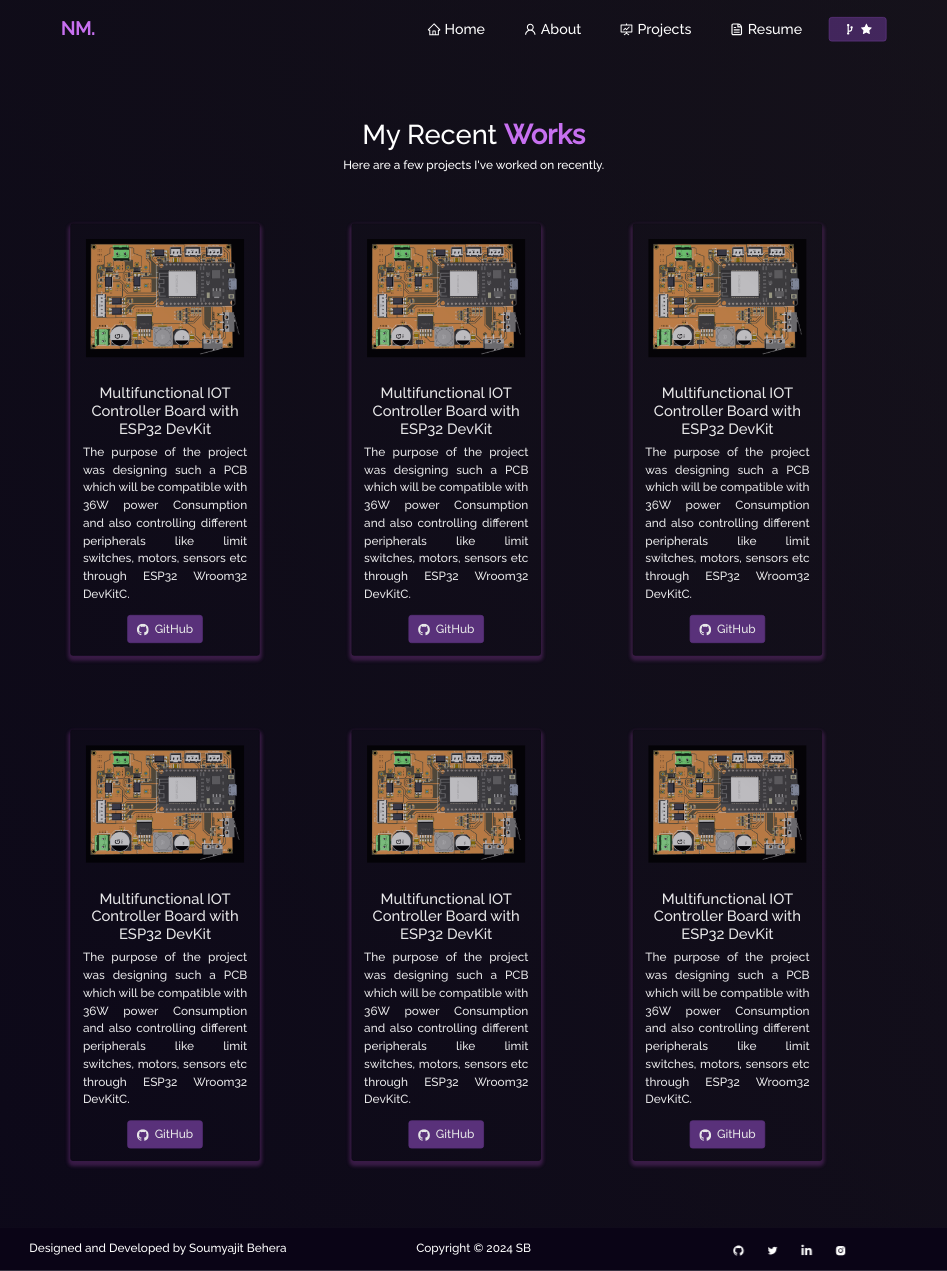
Repository: nenadMarkorvic/personal-website
Page: /project
An editor plug-in stored every save of this project. The page is shown before and after a run of saves, followed by the edit.
The browser window is 1280 px wide. The pictures show the whole page, at 74% of full size.
The project was rebuilt for these pictures with package versions that can differ from the ones it lists, and the page was loaded fresh each time. Also part of the build but not shown: src/components/Home/Home2.js, src/components/Home/Type.js, src/components/Home/Home.js, src/components/About/Github.js, src/components/About/AboutCard.js, src/components/About/Toolstack.js, src/components/About/About.js, src/components/Resume/ResumeNew.js. Imported but missing from the stored project, and not drawn on this page: src/Assets/Nenad Markovic_pcb.pdf.

Above is the page before, as saved 2024-08-29 10:52:40.

After the next 2 saves:
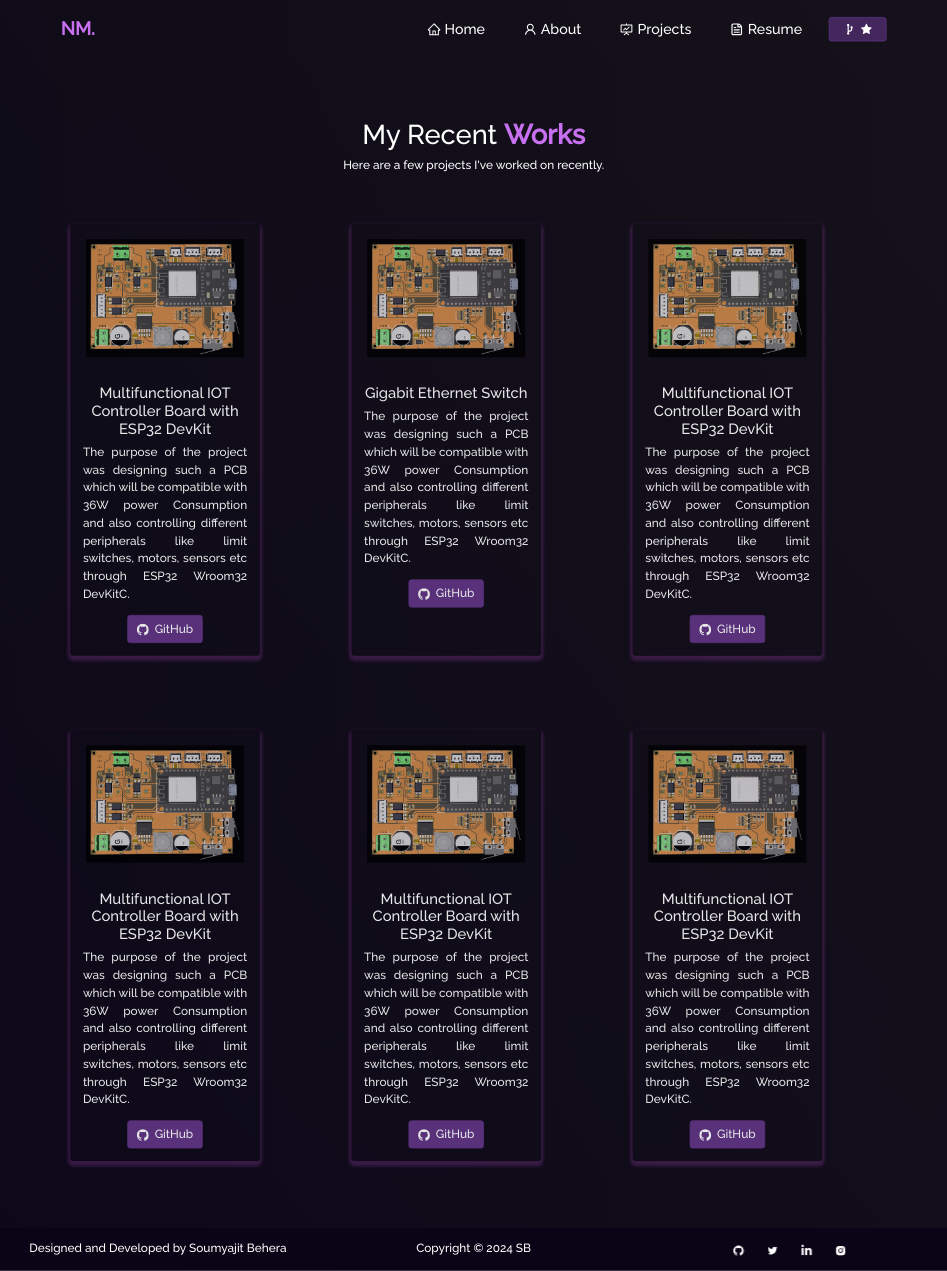
The 2 saves are shown as one change because they came seconds apart.
The last was saved 85 s later.
--- a/src/components/Projects/Projects.js
+++ b/src/components/Projects/Projects.js
@@ -30,7 +30,7 @@ function Projects() {
             <ProjectCard
               imgPath={project1}
               isBlog={false}
-              title="Multifunctional IOT Controller Board with ESP32 DevKit"
+              title="Gigabit Ethernet Switch"
               description="The purpose of the project was designing such a PCB which will be compatible with 36W power Consumption and also controlling different peripherals like limit switches, motors, sensors etc through ESP32 Wroom32 DevKitC."
               ghLink=""
             />
